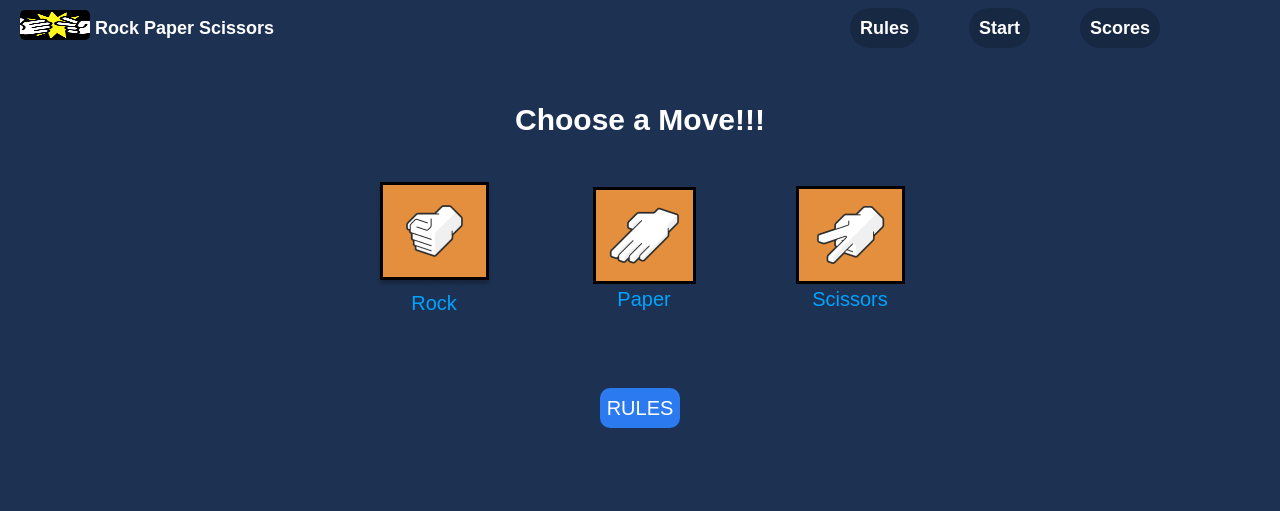
Repository: MikkyPrestige/rock-paper-scissors
Page: game.html
An editor plug-in stored every save of this project. The page is shown before and after the next save, followed by the edit.
The browser window is 1280 px wide. The pictures show the whole page.

Above is the page before, as saved 2023-05-13 02:19:55.

After the next save:
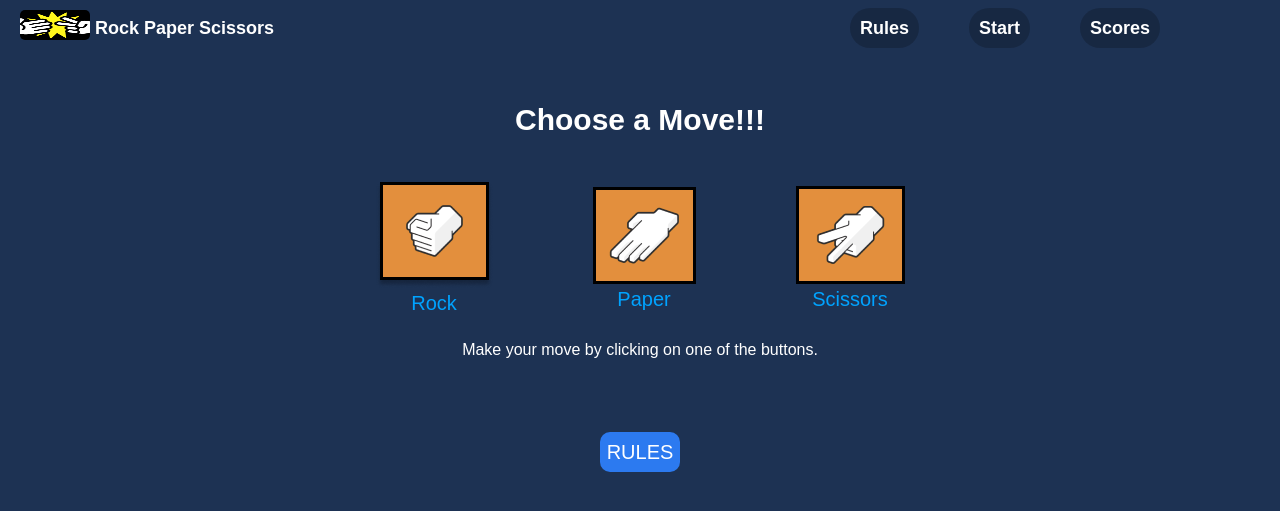
Saved 6 s later.
--- a/game.html
+++ b/game.html
@@ -42,6 +42,9 @@
           <figcaption class="game--caption">Scissors</figcaption>
         </div>
       </figure>
+      <div class="game--results">
+        <p>Make your move by clicking on one of the buttons.</p>
+      </div>
       <button class="rule--btn">
         <a href="./index.html#rule">Rules</a>
       </button>
